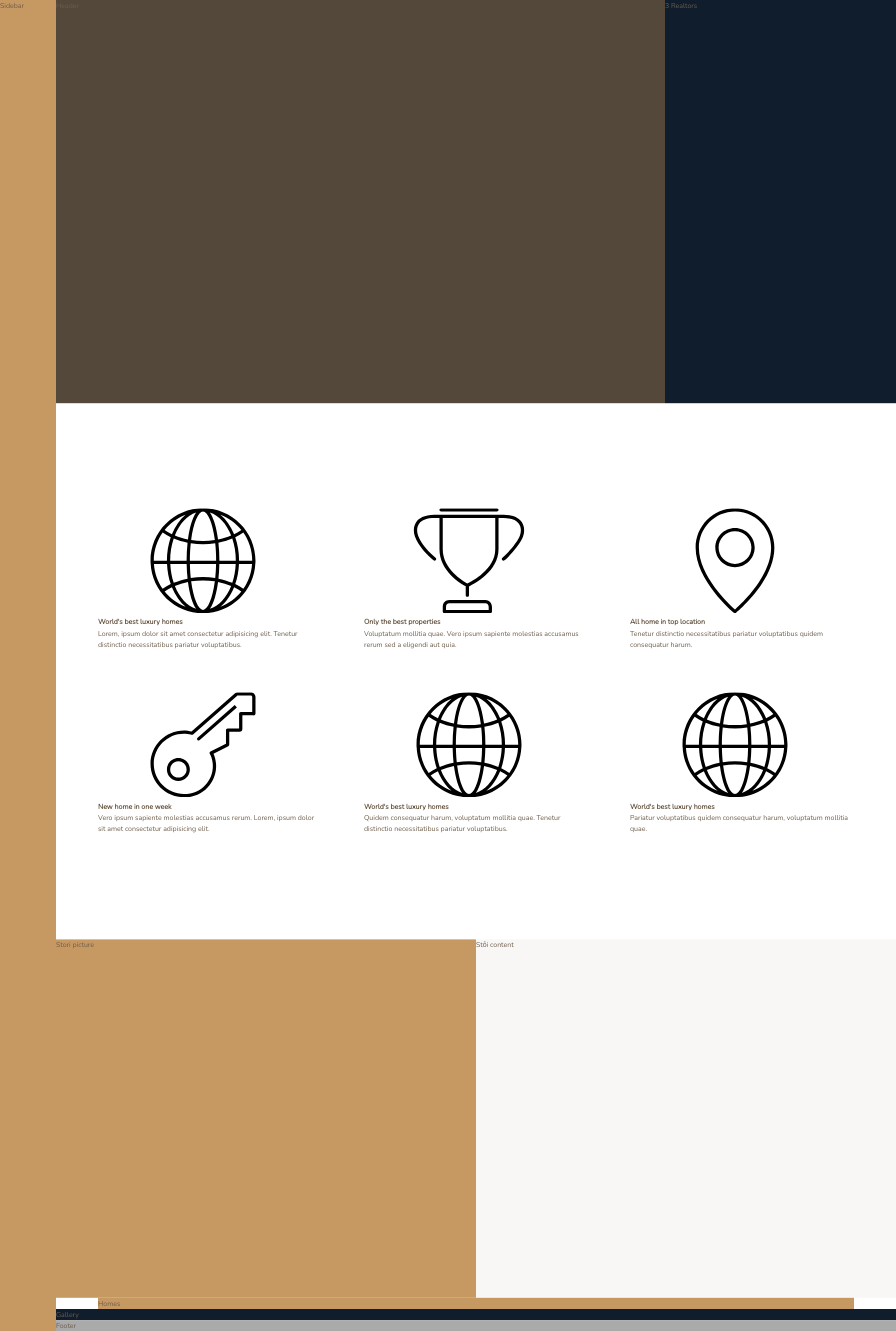
Repository: m2pd/your-home
Page: index.html
An editor plug-in stored every save of this project. The page is shown before and after the next save, followed by the edit.
The browser window is 1280 px wide. The pictures show the whole page, at 70% of full size.
The style sheet was rebuilt from its Sass, Less or Tailwind sources for each picture, by a compiler version that may differ from the author's.

Above is the page before, as saved 2020-02-27 09:21:47.

After the next save:
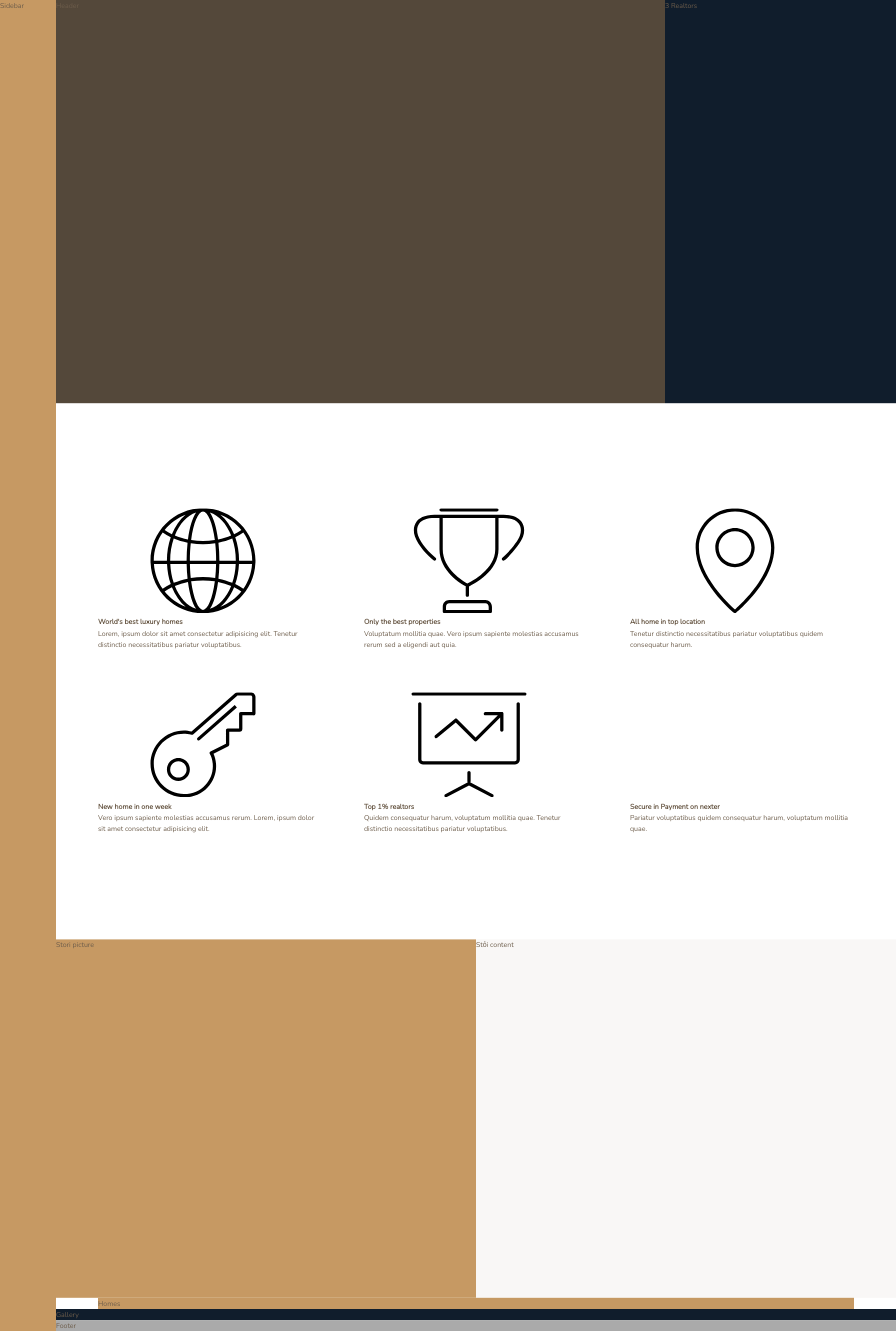
Saved 98 s later.
--- a/index.html
+++ b/index.html
@@ -68,9 +68,9 @@
 
             <div class="feature feature-5">
                 <svg class="feature__icon">
-                    <use xlink:href="img/sprite.svg#icon-global"></use>
+                    <use xlink:href="img/sprite.svg#icon-presentation"></use>
                 </svg>
-                <h4 class="heading-4">World's best luxury homes</h4>
+                <h4 class="heading-4">Top 1% realtors</h4>
                 <p class="feature__text">
                     Quidem consequatur harum, voluptatum mollitia quae. Tenetur distinctio necessitatibus pariatur voluptatibus.
                 </p>
@@ -78,9 +78,9 @@
 
             <div class="feature feature-6">
                 <svg class="feature__icon">
-                    <use xlink:href="img/sprite.svg#icon-global"></use>
+                    <use xlink:href="img/sprite.svg#icon-block"></use>
                 </svg>
-                <h4 class="heading-4">World's best luxury homes</h4>
+                <h4 class="heading-4">Secure in Payment on nexter</h4>
                 <p class="feature__text">
                     Pariatur voluptatibus quidem consequatur harum, voluptatum mollitia quae.
                 </p>
